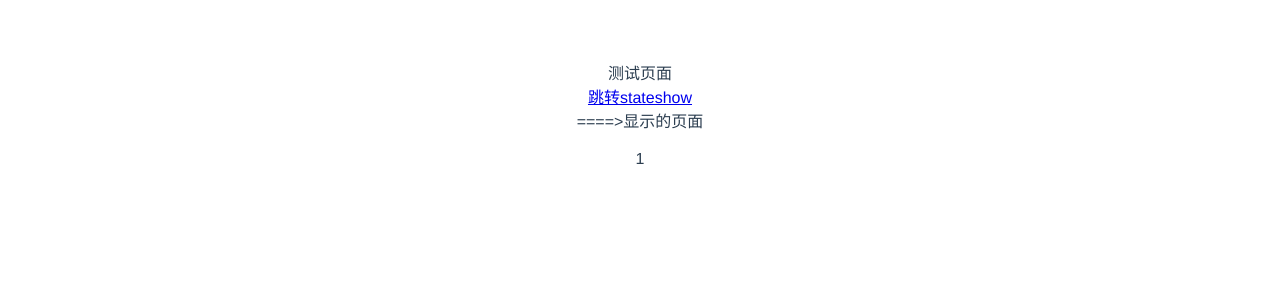
Repository: tianyige21/course-vue
Page: /#/test
These files come from the project's save history. The page is drawn as it stood at one moment and after the next save; the edit follows.
The browser window is 1280 px wide. The pictures show the whole page.
The project was rebuilt for these pictures with package versions that can differ from the ones it lists, and the page was loaded fresh each time. Also part of the build but not shown: vue.config.js, src/views/home.vue.

Above is the page before, as saved 2021-10-21 16:58:28.

After the next save:
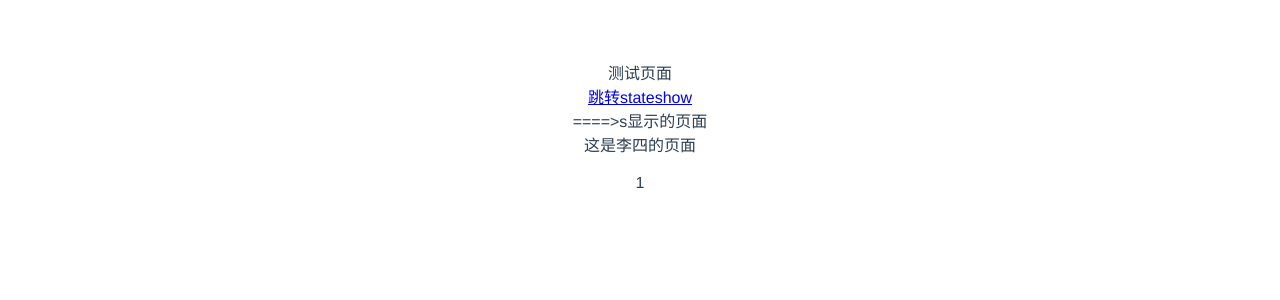
Saved 85 s later.
--- a/src/views/test.vue
+++ b/src/views/test.vue
@@ -5,7 +5,13 @@
     <br />
     <router-link :to="{ path: '/stateshow' }">跳转stateshow</router-link>
     <div v-show="state">
-       ====>显示的页面
+       ====>s显示的页面
+    </div>
+    <div v-if="name === '张三'">
+   这个是张三的页面
+    </div>
+    <div v-else>
+  这是李四的页面
     </div>
     <br />
     {{count}}
